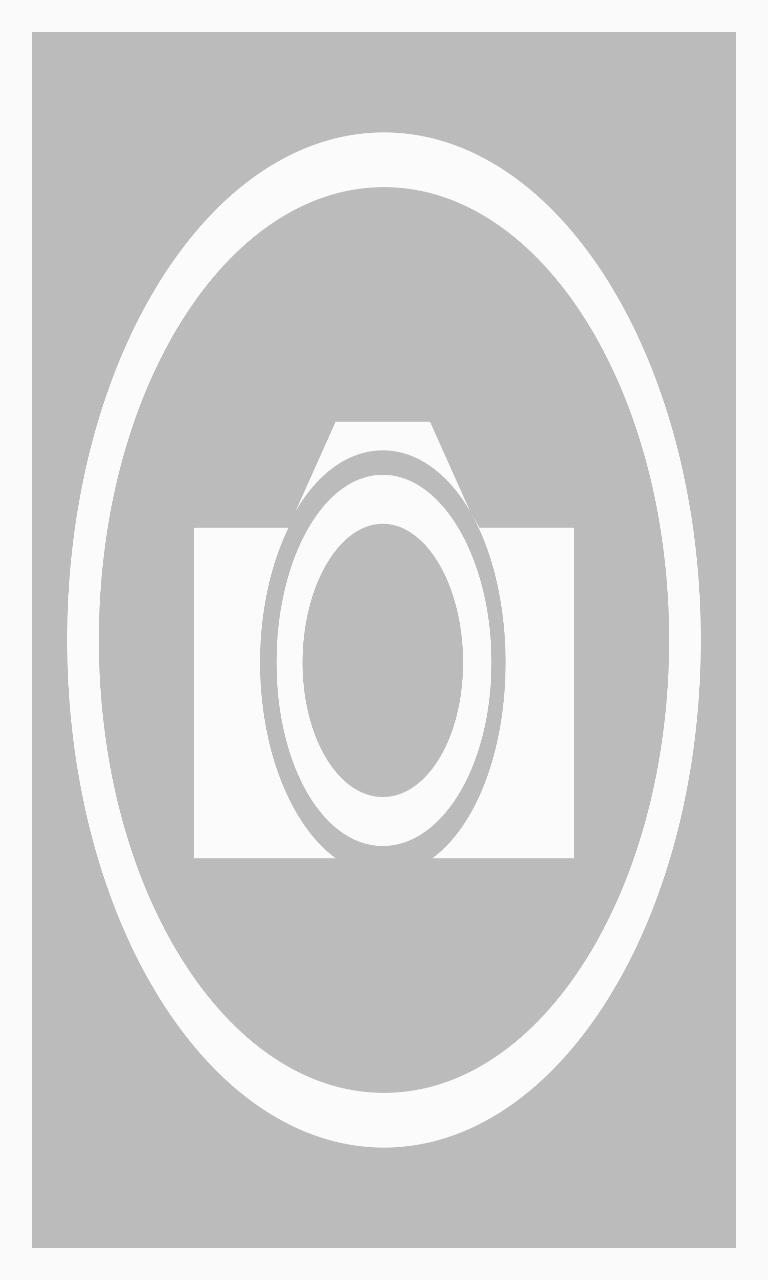
Repository: Sjaakja/hangman_app_studio
Layout: workspace/Hangman-TimeToSaveYourFriends/res/layout/fragment_highscores.xml
These files come from the project's save history. The layout is drawn as it stood at one moment and after the next save; the edit follows.
It is drawn on a 768 x 1280 px phone screen (xhdpi) without system bars, with theme AppTheme; the app's code is not run.

Above is the layout before, as saved 2014-06-10 15:23:57.

### workspace/Hangman-TimeToSaveYourFriends/res/layout/fragment_highscores.xml
<RelativeLayout xmlns:android="http://schemas.android.com/apk/res/android"
    xmlns:tools="http://schemas.android.com/tools"
    android:layout_width="match_parent"
    android:layout_height="match_parent"
    android:paddingBottom="@dimen/activity_vertical_margin"
    android:paddingLeft="@dimen/activity_horizontal_margin"
    android:paddingRight="@dimen/activity_horizontal_margin"
    android:paddingTop="@dimen/activity_vertical_margin"
    tools:context="com.example.hangman_timetosaveyourfriends.Highscores$PlaceholderFragment" >

    <TableLayout
        android:id="@+id/tableLayout1"
        android:layout_width="wrap_content"
        android:layout_height="wrap_content"
        android:layout_alignParentLeft="true"
        android:layout_alignParentTop="true" >

        <TableRow>
			<ImageView
			    android:layout_width="wrap_content"
        		android:layout_height="wrap_content"
			    android:background="@drawable/camera_icon" />
        </TableRow>

        <TableRow
            android:id="@+id/tableRow2"
            android:layout_width="wrap_content"
            android:layout_height="wrap_content" >
        </TableRow>

        <TableRow
            android:id="@+id/tableRow3"
            android:layout_width="wrap_content"
            android:layout_height="wrap_content" >
        </TableRow>

        <TableRow
            android:id="@+id/tableRow4"
            android:layout_width="wrap_content"
            android:layout_height="wrap_content" >
        </TableRow>
    </TableLayout>

</RelativeLayout>

Loaded but not shown: workspace/Hangman-TimeToSaveYourFriends/res/values/styles.xml (common file); workspace/Hangman-TimeToSaveYourFriends/res/values-v11/styles.xml (common file); workspace/Hangman-TimeToSaveYourFriends/res/values-v14/styles.xml (common file); workspace/Hangman-TimeToSaveYourFriends/res/values/dimens.xml (common file); workspace/Hangman-TimeToSaveYourFriends/res/values-w820dp/dimens.xml (common file)

After the next save:
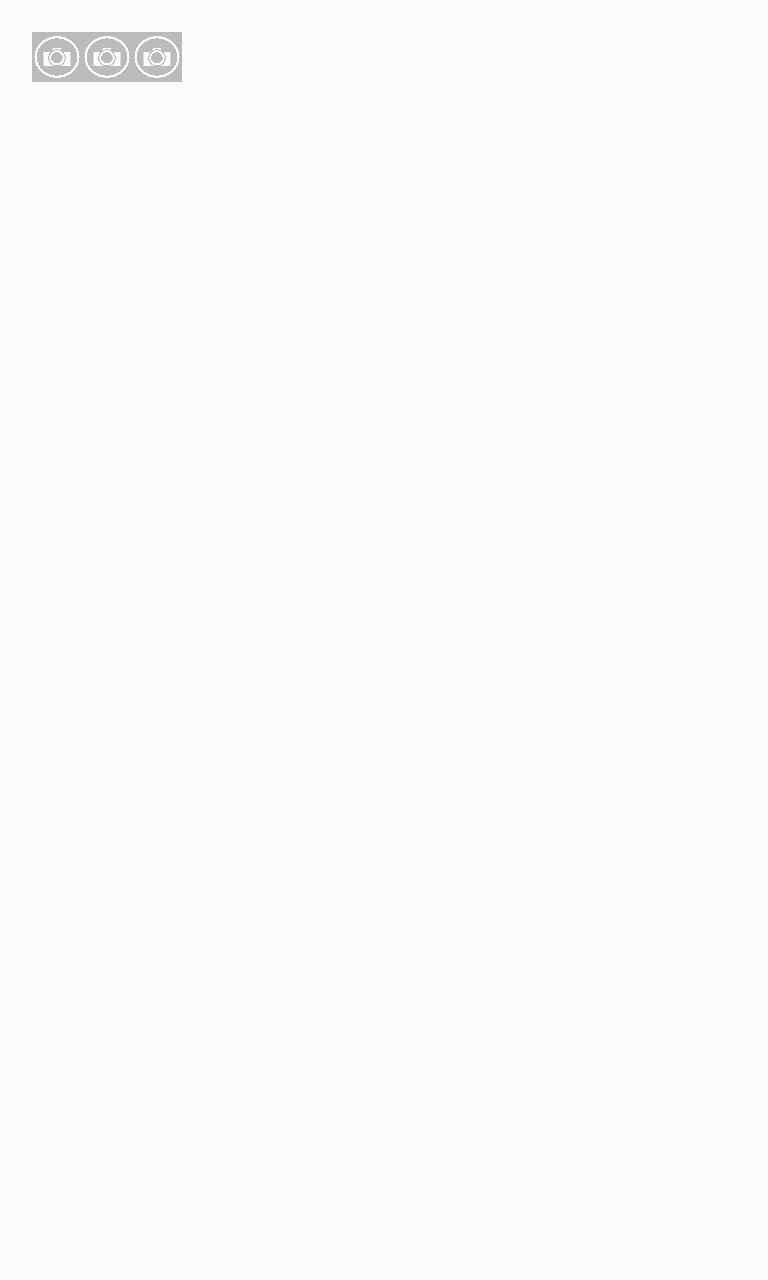
Saved 27 s later.
--- a/workspace/Hangman-TimeToSaveYourFriends/res/layout/fragment_highscores.xml
+++ b/workspace/Hangman-TimeToSaveYourFriends/res/layout/fragment_highscores.xml
@@ -17,8 +17,16 @@
 
         <TableRow>
 			<ImageView
-			    android:layout_width="wrap_content"
-        		android:layout_height="wrap_content"
+			    android:layout_width="25dp"
+        		android:layout_height="25dp"
+			    android:background="@drawable/camera_icon" />
+			<ImageView
+			    android:layout_width="25dp"
+        		android:layout_height="25dp"
+			    android:background="@drawable/camera_icon" />
+			<ImageView
+			    android:layout_width="25dp"
+        		android:layout_height="25dp"
 			    android:background="@drawable/camera_icon" />
         </TableRow>
 
